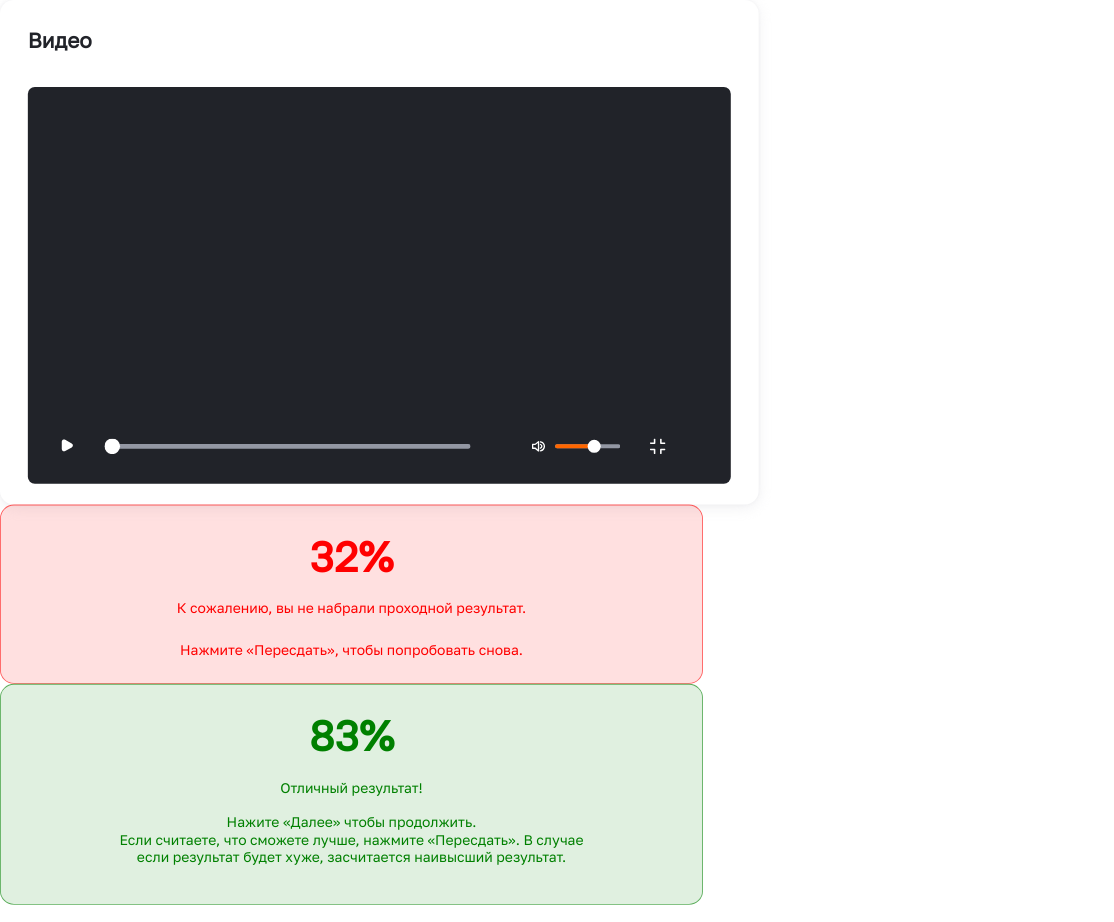
Repository: RuslanSR2424/Group5_LizaAlert
Page: index.html
An editor plug-in stored every save of this project. The page is shown before and after the next save, followed by the edit.
The browser window is 1280 px wide. The pictures show the whole page, at 87% of full size.

Above is the page before, as saved 2022-03-10 13:48:26.

After the next save:
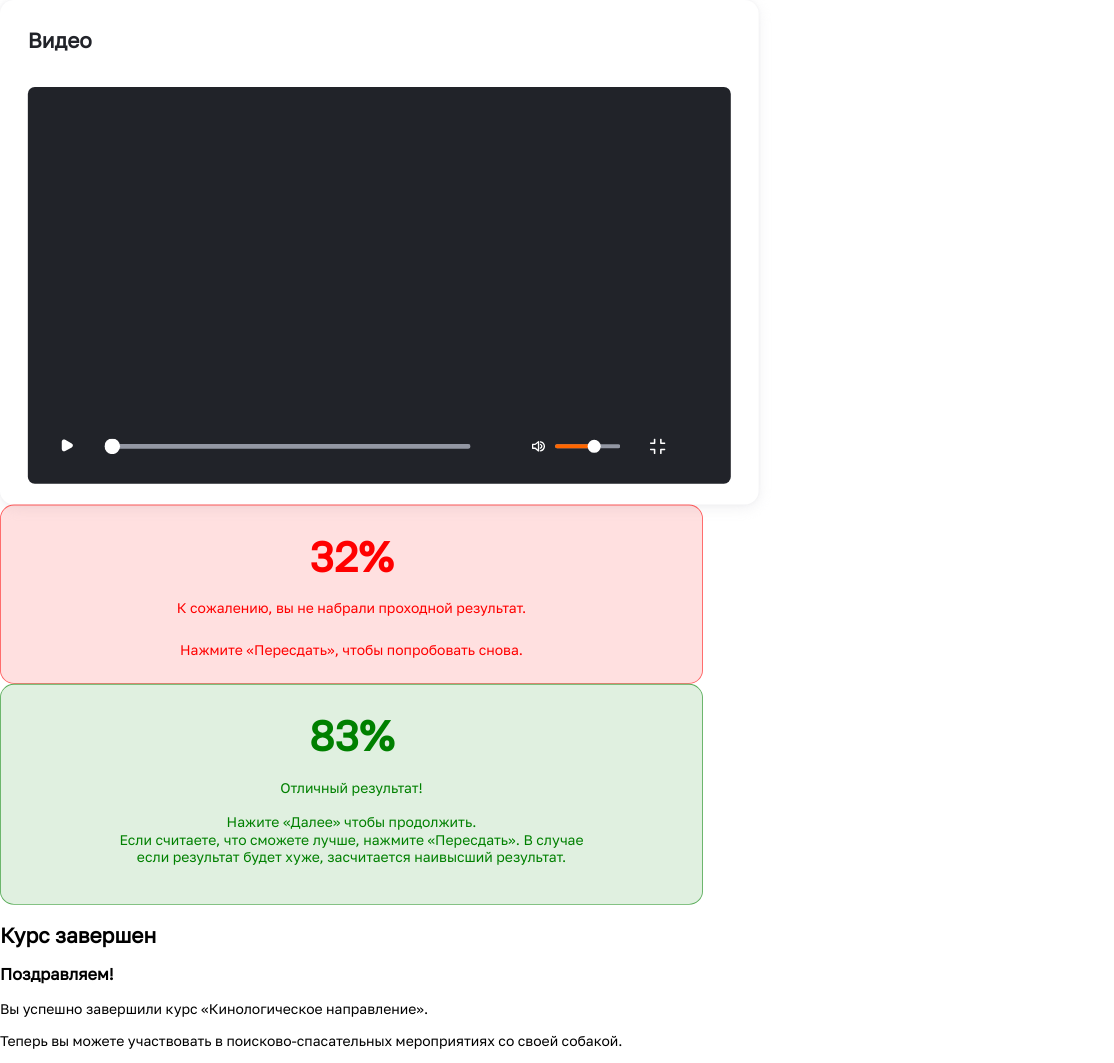
Saved 55 s later.
--- a/index.html
+++ b/index.html
@@ -41,11 +41,11 @@
     </section>
     <section class="endOfCourse">
         <div class="endOfCourse__congratulate">
-            <h2 class="endOfCourse__name"></h2>
+            <h2 class="endOfCourse__name">Курс завершен</h2>
             <div class="endOfCourse__container_type_congratulate">
-                <h3 class="endOfCourse__title"></h3>
-                <p class="congratulate__text"></p>
-                <p class="congratulate__text"></p>
+                <h3 class="endOfCourse__title">Поздравляем!</h3>
+                <p class="congratulate__text">Вы успешно завершили курс «Кинологическое направление».</p>
+                <p class="congratulate__text">Теперь вы можете участвовать в поисково-спасательных мероприятиях со своей собакой.</p>
             </div>
         </div>
         <div class="sorry"></div>
